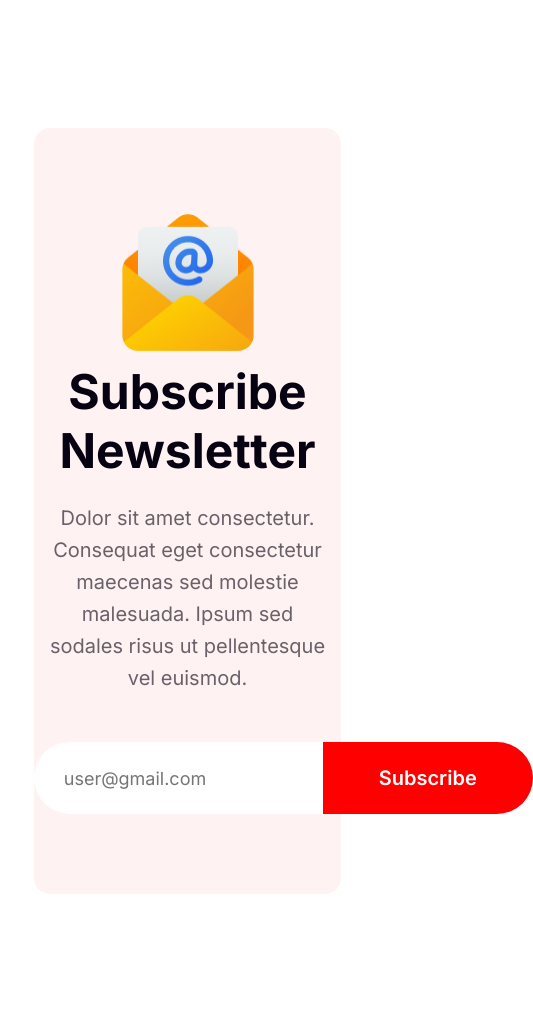
Repository: ShouravAhammed/simple-responsive-new-year
Page: index.html
An editor plug-in stored every save of this project. The page is shown before and after the next save, followed by the edit.
The browser window is 375 px wide. The page is 533 px wide, then 375 px, so the pictures cover 533 px, including what lies to the right of the window. The pictures show the whole page.

Above is the page before, as saved 2024-01-11 15:18:03.

After the next save:
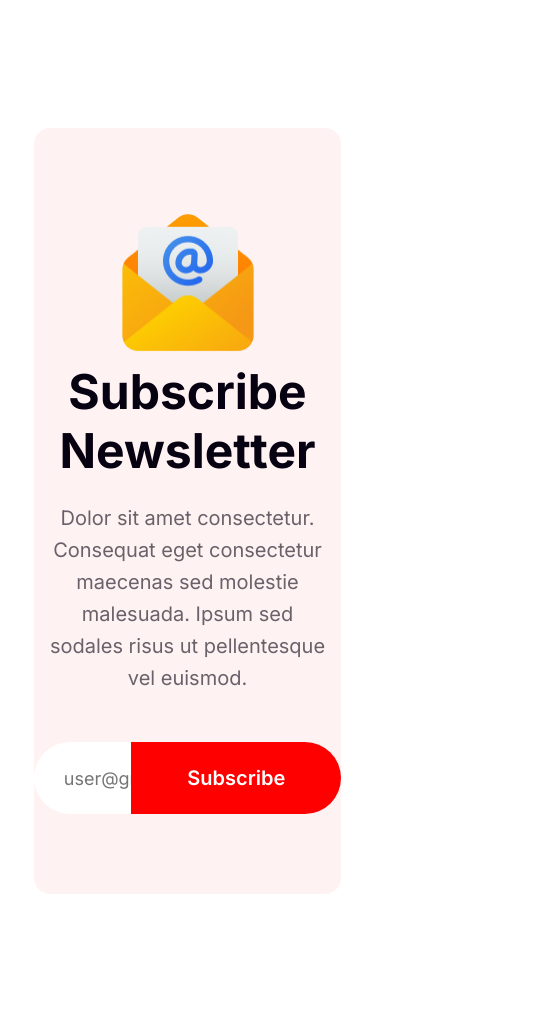
Saved 2 min 41 s later.
--- a/Style/style.css
+++ b/Style/style.css
@@ -465,4 +465,7 @@
     .form {
         width:  100%;
     }
-}
+    .form input {
+        width: 100%;
+    }
+}
